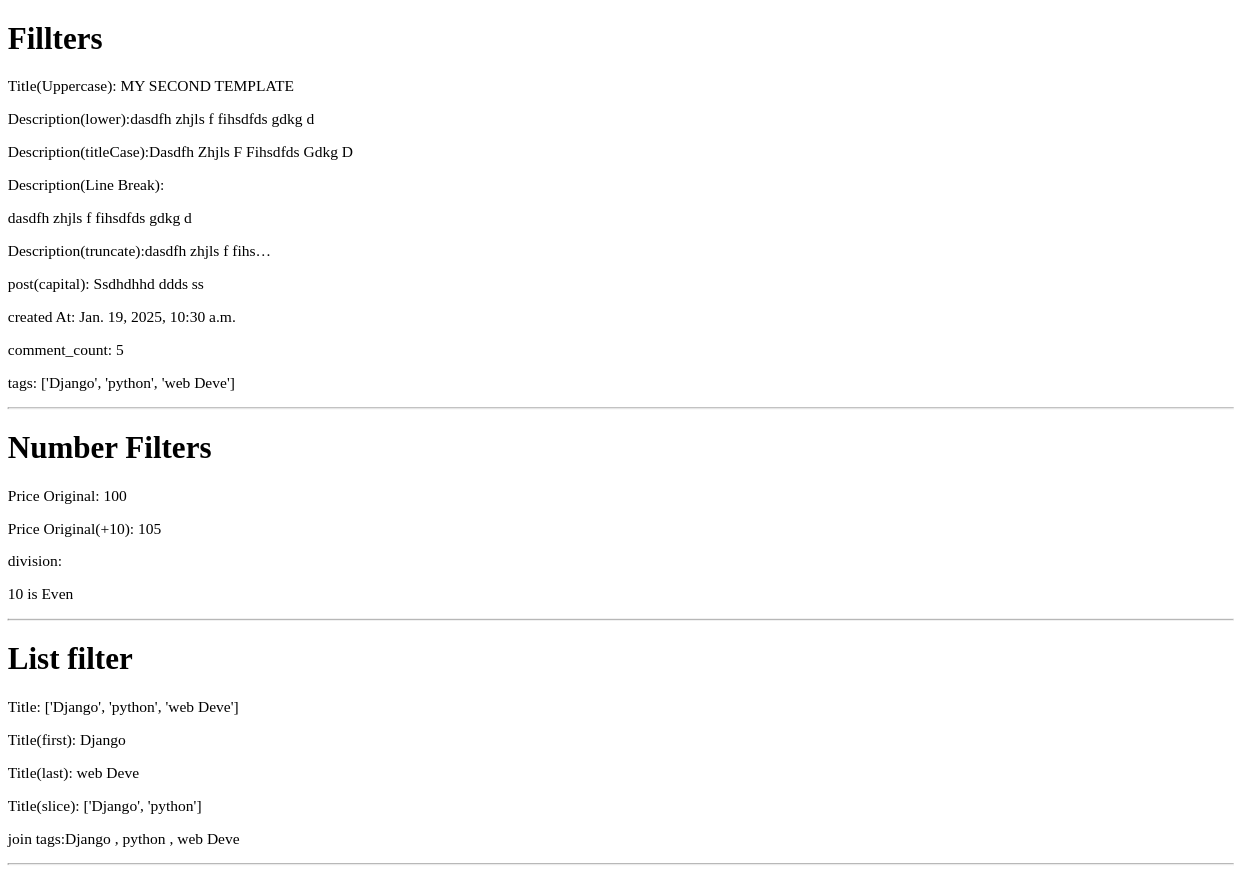
Repository: samratpoudel444/MVT-python
Page: http://localhost/home/
An editor plug-in stored every save of this project. The page is shown before and after the next save, followed by the edit.
The browser window is 1280 px wide. The pictures show the whole page, at 97% of full size.
The page is served by the project's application, run on Django 5.2 (templatesFilters/manage.py). Other server files are loaded and not shown.

Above is the page before, as saved 2025-12-23 14:23:36.

### templatesFilters/blog/templates/blog/home.html
<!DOCTYPE html>
<html lang="en">
<head>
    <meta charset="UTF-8">
    <meta name="viewport" content="width=device-width, initial-scale=1.0">
    <title>Templates #2</title>
</head>
<body>
    <h1>Fillters</h1>
    <p>Title(Uppercase): {{post.title | upper}}</p>
    <p>Description(lower):{{post.description | lower}}</p>
    <p>Description(titleCase):{{post.description | title}}</p>
    <p>Description(Line Break):{{post.description | linebreaks}}</p>
    <p>Description(truncate):{{post.description | truncatechars:20}}</p>
    <p>post(capital): {{post.author | capfirst }}</p>
    <p>created At: {{post.created_at}}</p>
    <p>comment_count: {{post.comment_count}}</p>
    <p>tags: {{post.tags}}</p>

    <hr>

    <h1>Number Filters</h1>
    <p>Price Original: {{post.price}}</p>
    <p>Price Original(+10): {{post.price | add:5}}</p>
    <p>division:</p>
    {% if post.number|divisibleby:2 %}
    <p>{{post.number}} is Even</p>
    {% else %}
    <p>{{post.number}} is odd</p>
        {% endif %}
    <p></p>

    <hr>
    <h1>List filter</h1>
 <p>Title: {{post.tags}}</p>
 <p>Title(first): {{post.tags|first}}</p>
  <p>Title(last): {{post.tags|last}}</p>
  <p>Title(slice): {{post.tags|slice:"2"}}</p>
  <p>join tags:{{post.tags|join:" , "}}</p>

  <hr>

</body>
</html>

### templatesFilters/blog/views.py
from django.shortcuts import render
from datetime import datetime
# Create your views here.
def blog_details(request):
    post={
        "title":"My second Template",
        "description":"dasdfh zhjls f fihsdfds  gdkg d",
        "author":"ssdhdhhd ddds ss",
        "created_at":datetime(2025,1,19,10,30),
        "comment_count":5,
        "tags":["Django","python","web Deve"],
        "price":100,
        "count":10,
        "number":10
    }
    return render(request, "blog/home.html", {"post":post})

### templatesFilters/templatesFilters/urls.py
"""
URL configuration for templatesFilters project.

The `urlpatterns` list routes URLs to views. For more information please see:
    https://docs.djangoproject.com/en/6.0/topics/http/urls/
Examples:
Function views
    1. Add an import:  from my_app import views
    2. Add a URL to urlpatterns:  path('', views.home, name='home')
Class-based views
    1. Add an import:  from other_app.views import Home
    2. Add a URL to urlpatterns:  path('', Home.as_view(), name='home')
Including another URLconf
    1. Import the include() function: from django.urls import include, path
    2. Add a URL to urlpatterns:  path('blog/', include('blog.urls'))
"""
from django.contrib import admin
from django.urls import path, include

urlpatterns = [
    path('admin/', admin.site.urls),
    path('', include("blog.urls"))
]

### templatesFilters/blog/urls.py
from django.urls import path
from . import views
urlpatterns=[
    path('home/', views.blog_details , name="test")
]

After the next save:
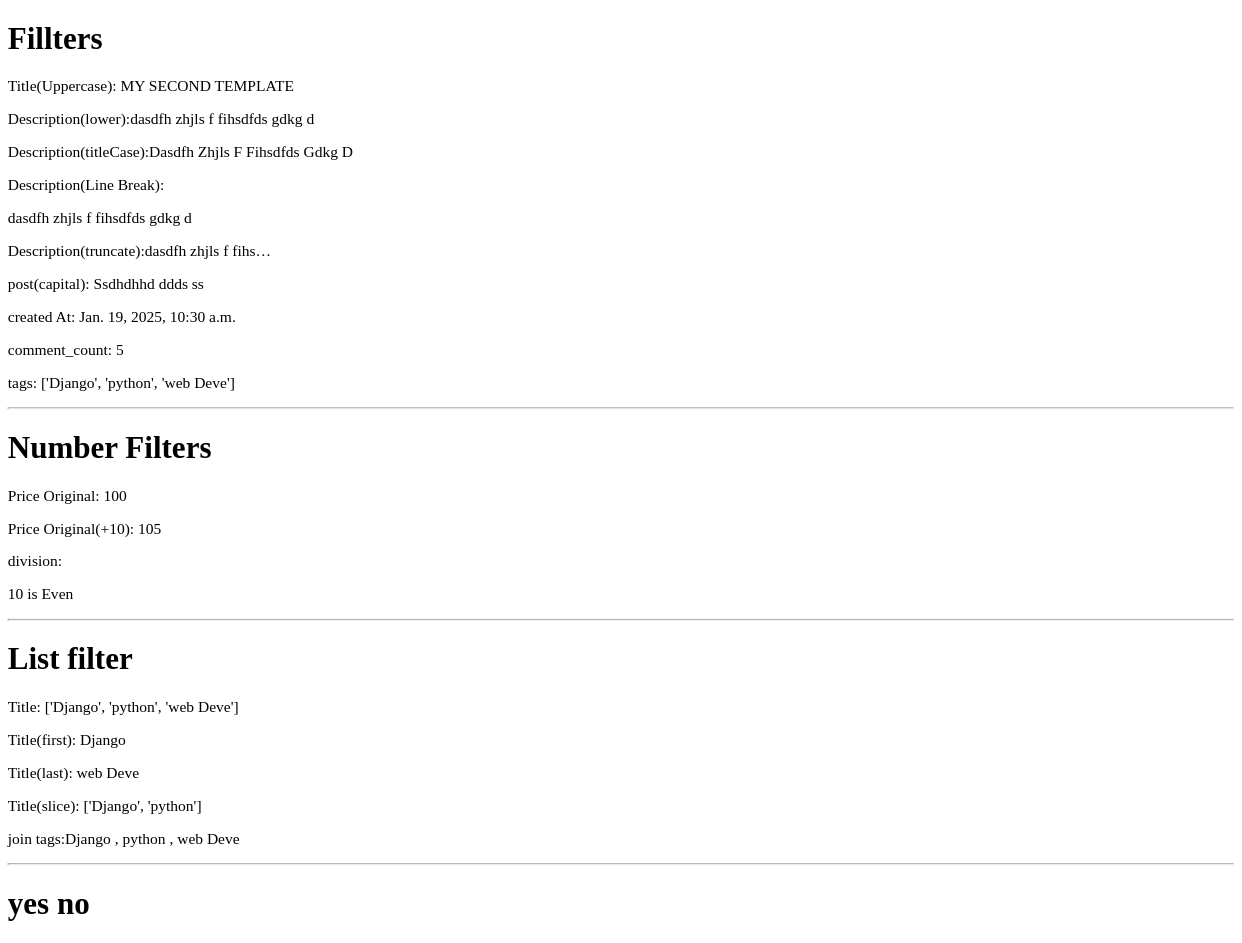
Saved 4 s later.
--- a/templatesFilters/blog/templates/blog/home.html
+++ b/templatesFilters/blog/templates/blog/home.html
@@ -39,6 +39,6 @@
   <p>join tags:{{post.tags|join:" , "}}</p>
 
   <hr>
-
+  <h1>yes no</h1>
 </body>
 </html>
